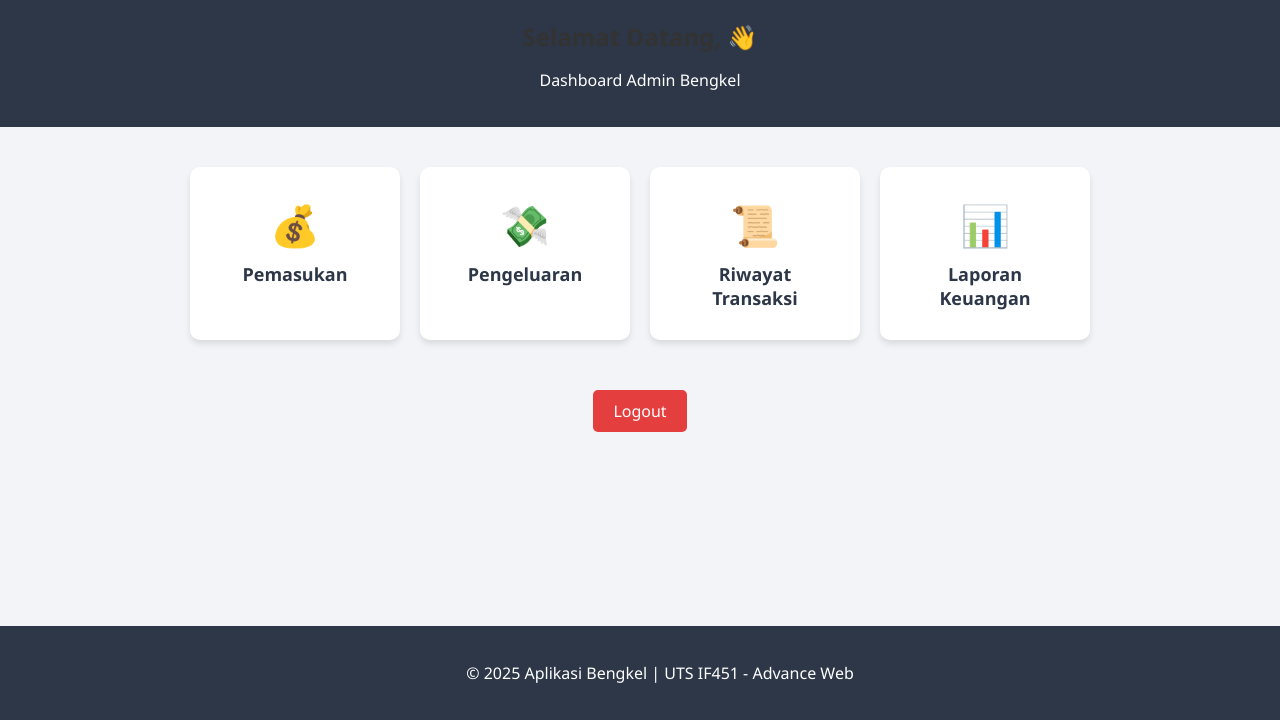
Repository: eligrahphilip/bengkel_managemen
Page: views/admin-menu.ejs
The author's editor kept a copy of each file at every save. The page is drawn from the files as they stood at one save, then again after the next save.
The browser window is 1280 px wide. The pictures show the whole page.
The page is served by the project's Node server (server.js). The template is opened directly, without the code that normally fills it, so the values that code supplies are empty.

Above is the page before, as saved 2025-10-10 19:22:06.

After the next save:
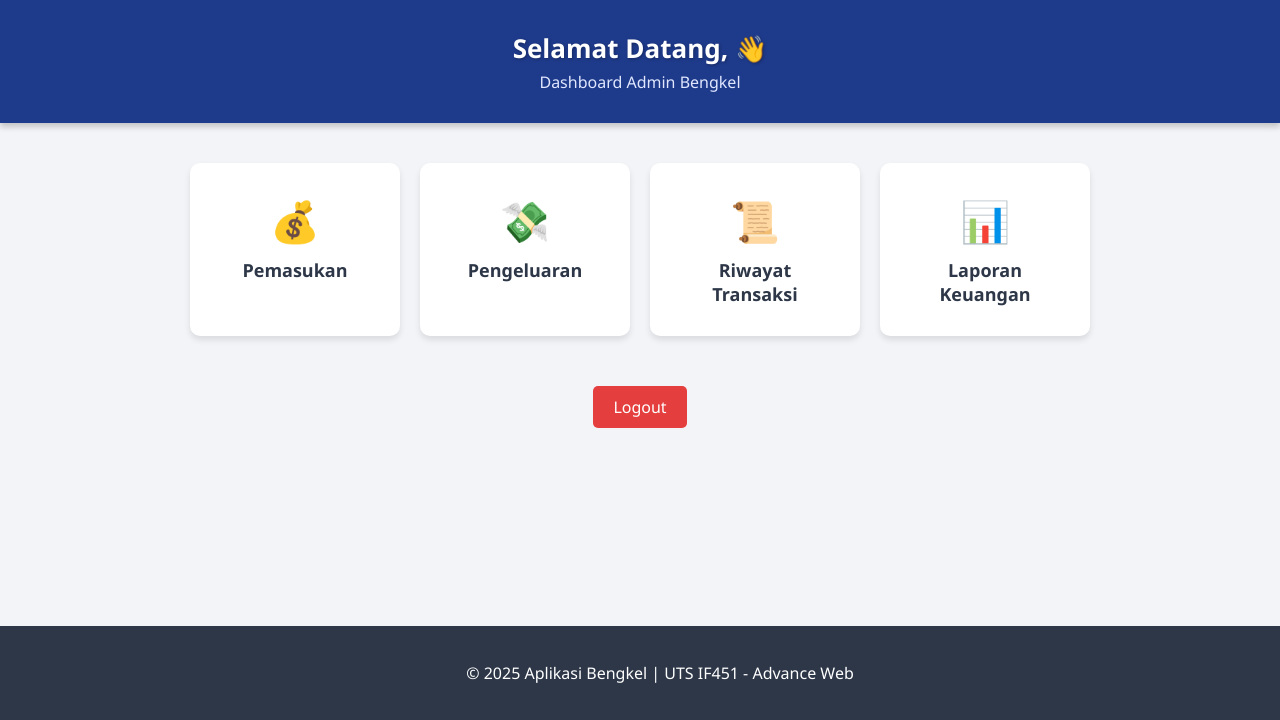
Saved 119 s later.
--- a/views/admin-menu.ejs
+++ b/views/admin-menu.ejs
@@ -7,23 +7,33 @@
   <link rel="stylesheet" href="/css/style.css">
   <style>
     body {
-      font-family: "Segoe UI", Tahoma, Geneva, Verdana, sans-serif;
-      background-color: #f2f4f7;
-      margin: 0;
-      padding: 0;
-    }
+    font-family: "Segoe UI", Tahoma, Geneva, Verdana, sans-serif;
+    background-color: #f2f4f7;
+    margin: 0;
+    padding: 0;
+  }
 
-    header {
-      background-color: #2d3748;
-      color: white;
-      padding: 20px;
-      text-align: center;
-    }
+  header {
+    background-color: #1E3A8A; /* 🔹 biru tua */
+    color: #ffffff;            /* 🔹 teks putih */
+    padding: 30px 20px;
+    text-align: center;
+    box-shadow: 0 4px 6px rgba(0, 0, 0, 0.2);
+  }
 
-    h2 {
-      margin: 0;
-      font-size: 24px;
-    }
+  h2 {
+    margin: 0;
+    font-size: 26px;
+    color: #ffffff; /* pastikan teks tetap putih */
+    text-shadow: 1px 1px 3px rgba(0, 0, 0, 0.3); /* 🔹 biar nggak nyatu */
+  }
+
+  header p {
+    margin: 5px 0 0;
+    font-size: 16px;
+    color: #E0E7FF; /* 🔹 biru muda lembut */
+  }
+
 
     .menu-container {
       display: grid;
